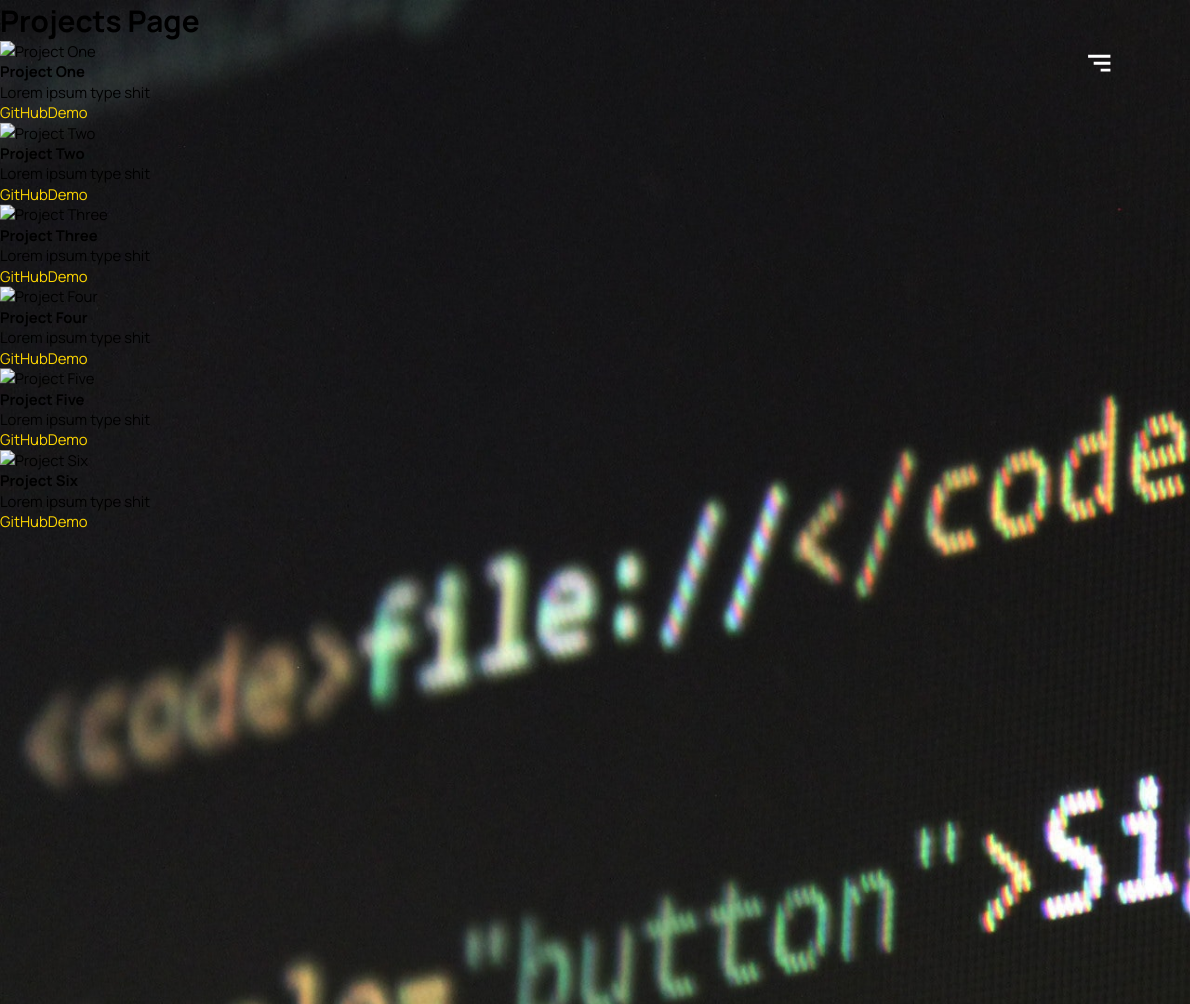
Repository: elaiken/portfolio
Page: /projects
An editor plug-in stored every save of this project. The page is shown before and after the next save, followed by the edit.
The browser window is 1280 px wide. The pictures show the whole page, at 93% of full size.
The project was rebuilt for these pictures with package versions that can differ from the ones it lists, and the page was loaded fresh each time. Also part of the build but not shown: src/components/Error.js, src/components/Home.js, src/components/Contacts.js.

Above is the page before, as saved 2021-11-26 14:32:48.

After the next save:
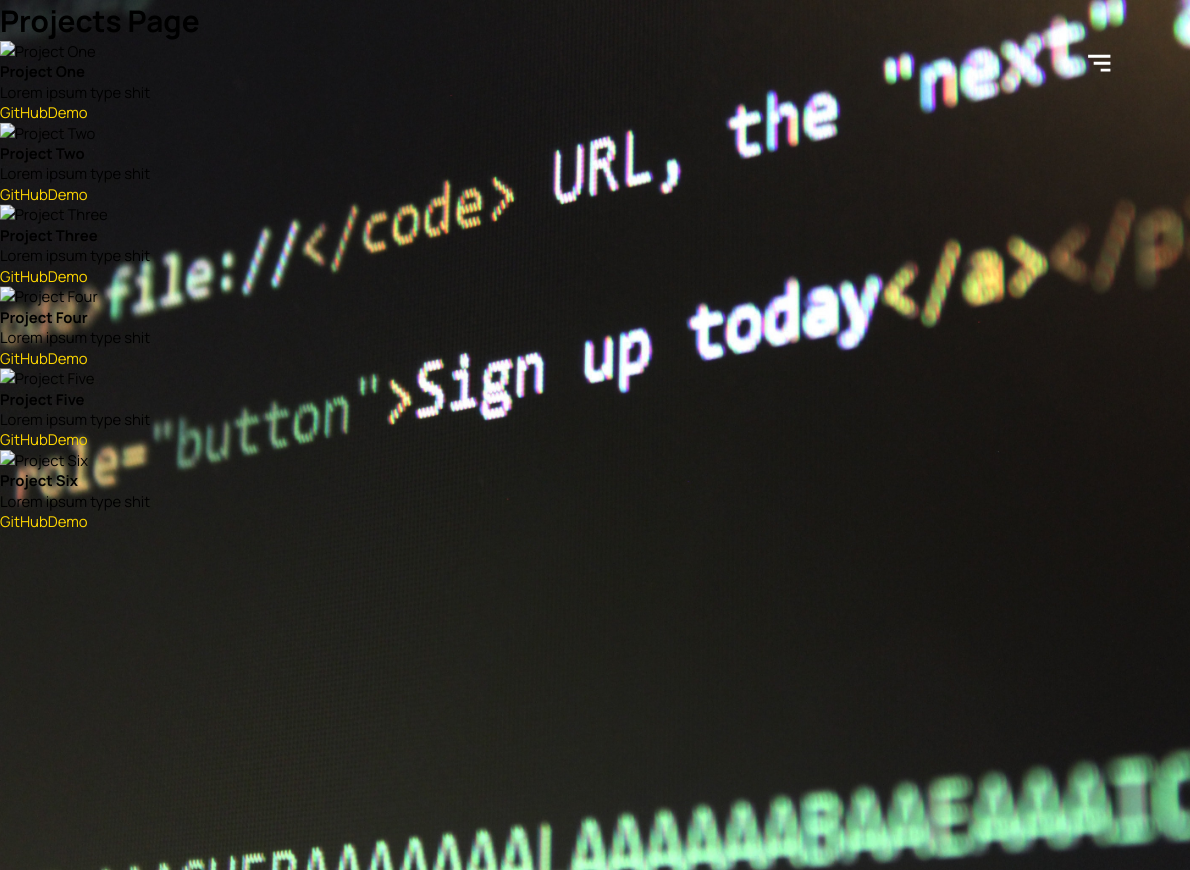
Saved 22 s later.
--- a/src/index.css
+++ b/src/index.css
@@ -130,7 +130,10 @@
 /*Projects */
 .projects {
   background-image:url(./pexels-pixabay-270408.jpg);
-  height: 150vh;
+  background-repeat:no-repeat ;
+  background-size: cover;
+  background-position:center;
+  height: 130vh;
 }
 
 
